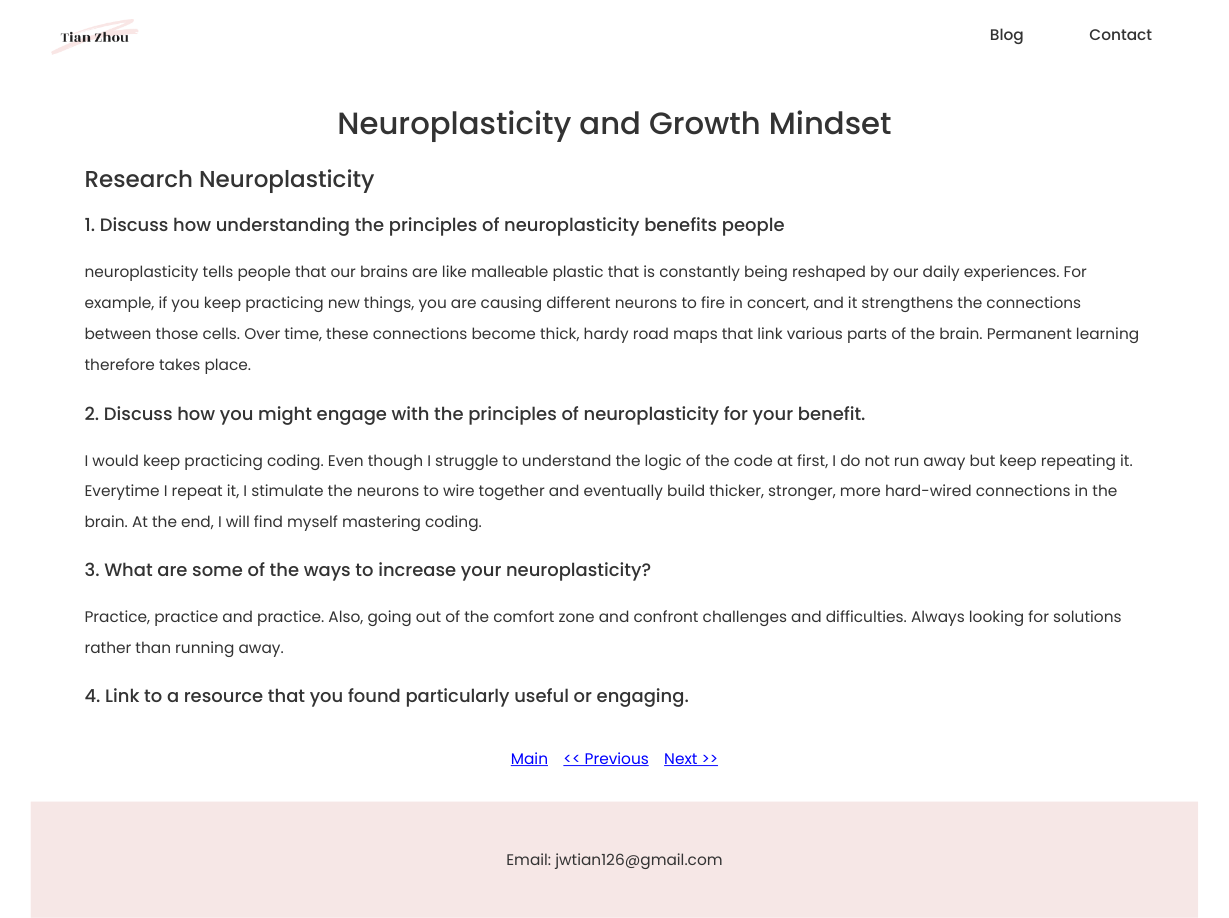
Repository: Tiaanz/Tiaanz.github.io
Page: blog/neuroplasticity.html
The author's editor kept a copy of each file at every save. The page is drawn from the files as they stood at one save, then again after the next save.
The browser window is 1280 px wide. The pictures show the whole page, at 96% of full size.

Above is the page before, as saved 2023-01-30 14:31:24.

After the next save:
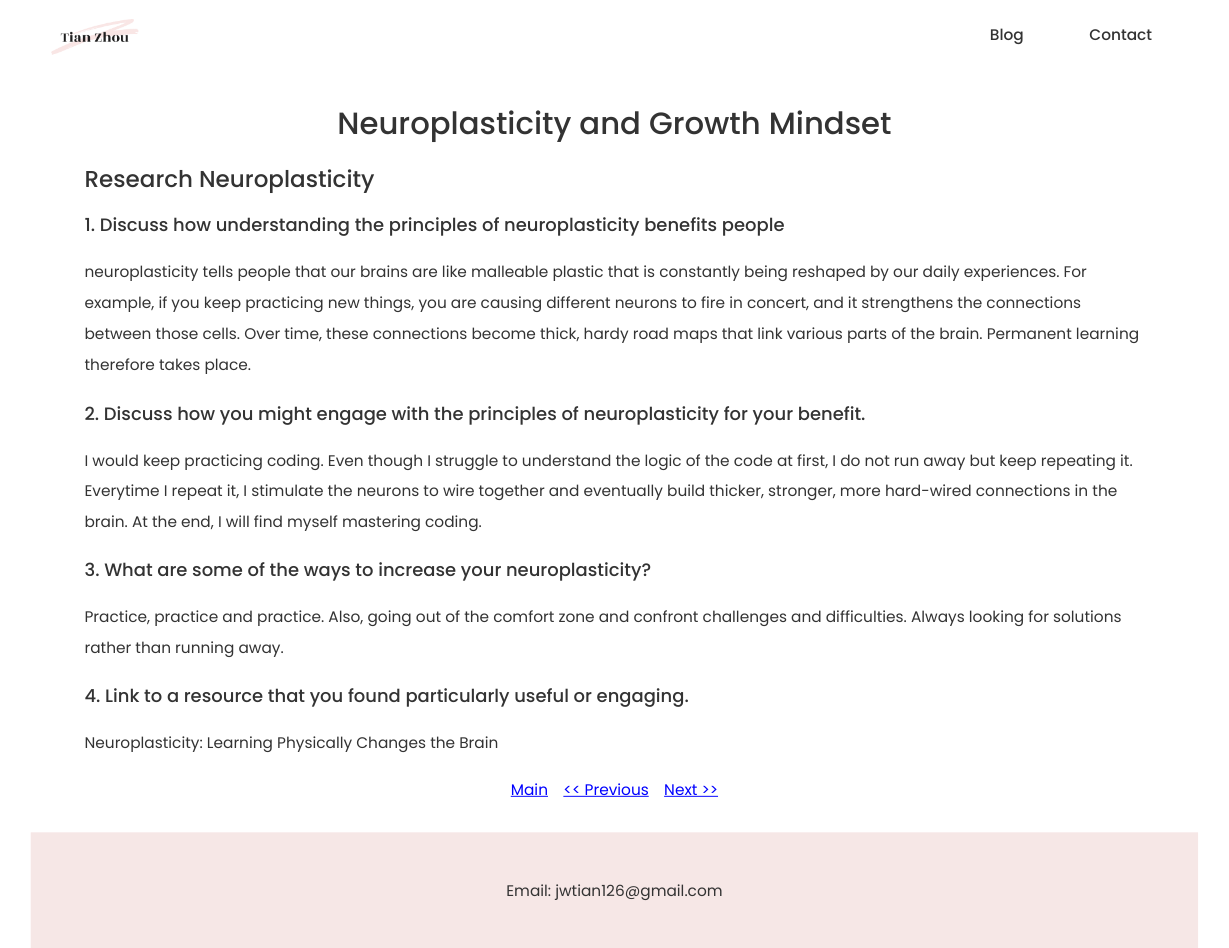
Saved 8 s later.
--- a/blog/neuroplasticity.html
+++ b/blog/neuroplasticity.html
@@ -37,7 +37,7 @@
             <h3>3. What are some of the ways to increase your neuroplasticity?</h3>
             <p>Practice, practice and practice. Also, going out of the comfort zone and confront challenges and difficulties. Always looking for solutions rather than running away.</p>
             <h3>4. Link to a resource that you found particularly useful or engaging.</h3>
-            <p><a href="https://www.edutopia.org/neuroscience-brain-based-learning-neuroplasticity"></a></p>
+            <p><a href="https://www.edutopia.org/neuroscience-brain-based-learning-neuroplasticity">Neuroplasticity: Learning Physically Changes the Brain</a></p>
             <div class="page-nav">
                 <a href="../index.html">Main</a>
                 <a href="./emotional-intelligence.html"> &lt&lt Previous</a>
